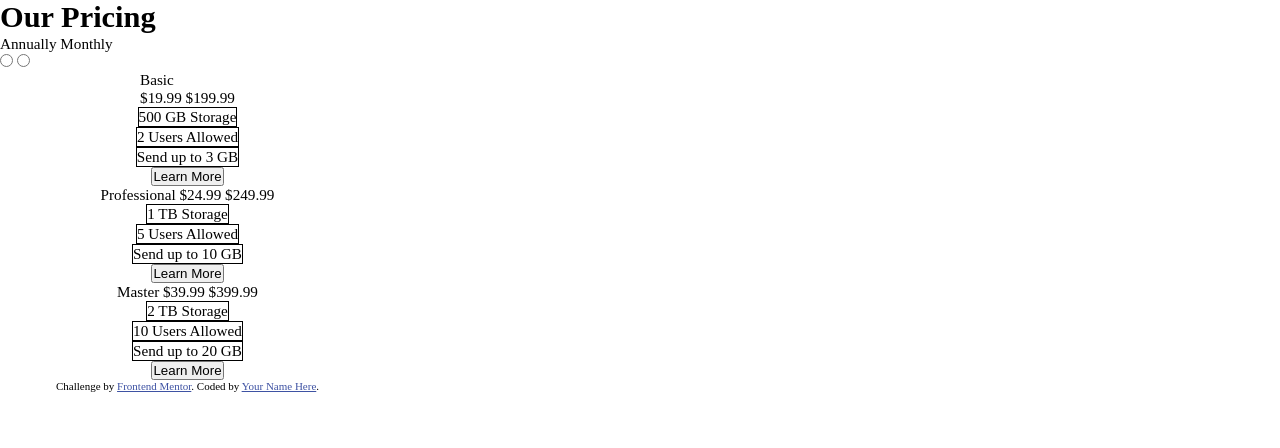
Repository: JuzzJoel/pricing-component-with-toggle-master
Page: index.html
These files come from the project's save history. The page is drawn as it stood at one moment and after a run of saves; the edit follows.
The browser window is 1280 px wide. The pictures show the whole page.

Above is the page before, as saved 2025-05-24 08:03:33.

After the next 2 saves:
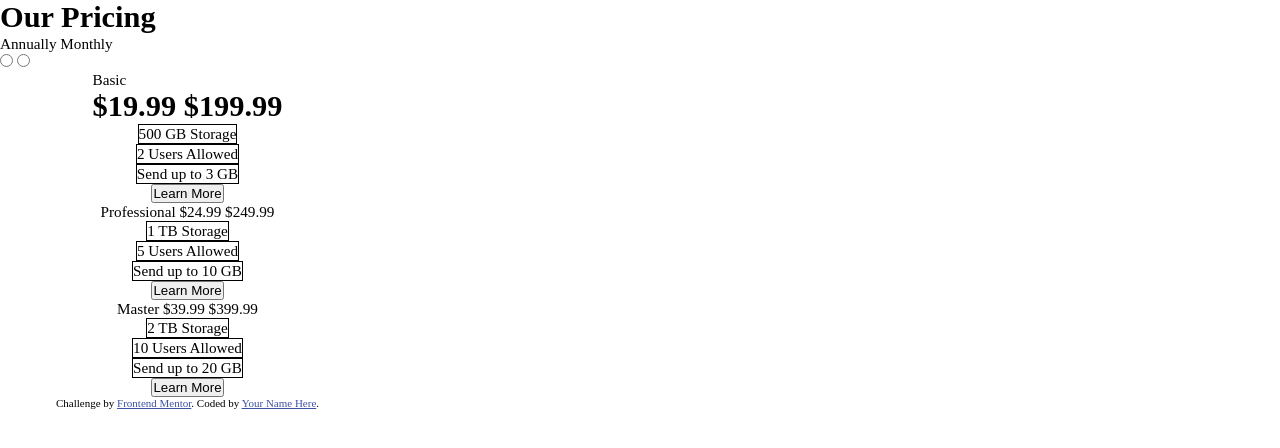
The 2 saves are shown as one change because they came seconds apart.
The last was saved 10 s later.
--- a/index.html
+++ b/index.html
@@ -112,8 +112,8 @@ body{
           <div class="card-container">
 <div class="card">
             <div class="rows-head">Basic
-         <h1></h1>   &dollar;19.99
-            &dollar;199.99
+         <h1>   &dollar;19.99
+            &dollar;199.99</h1>
           </div>
             <div class="rows">500 GB Storage</div>
             <div class="rows">2 Users Allowed</div>
